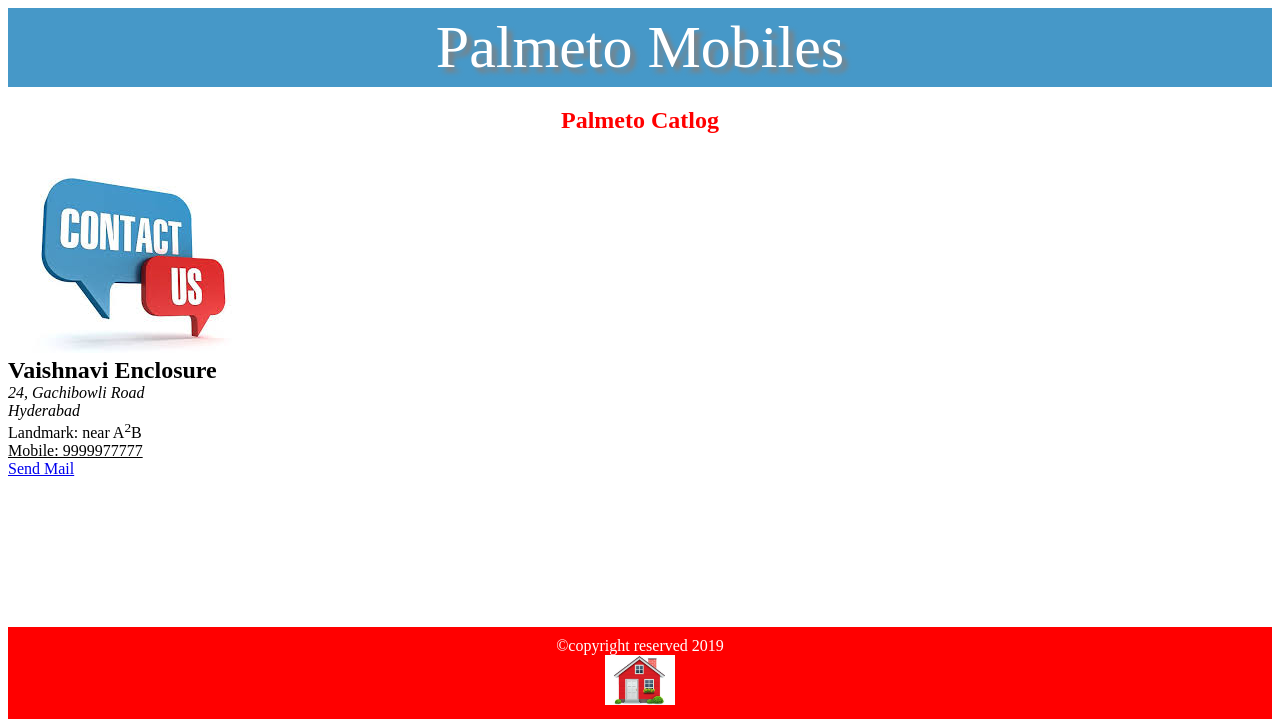
Repository: abhishekj720/HSBCLearn
Page: gagan/JEE/HtmlCssDemo/WebContent/Catlog.html
The author's editor kept a copy of each file at every save. The page is drawn from the files as they stood at one save, then again after the next save.
The browser window is 1280 px wide. The pictures show the whole page.

Above is the page before, as saved 2019-07-29 07:37:18.

After the next save:
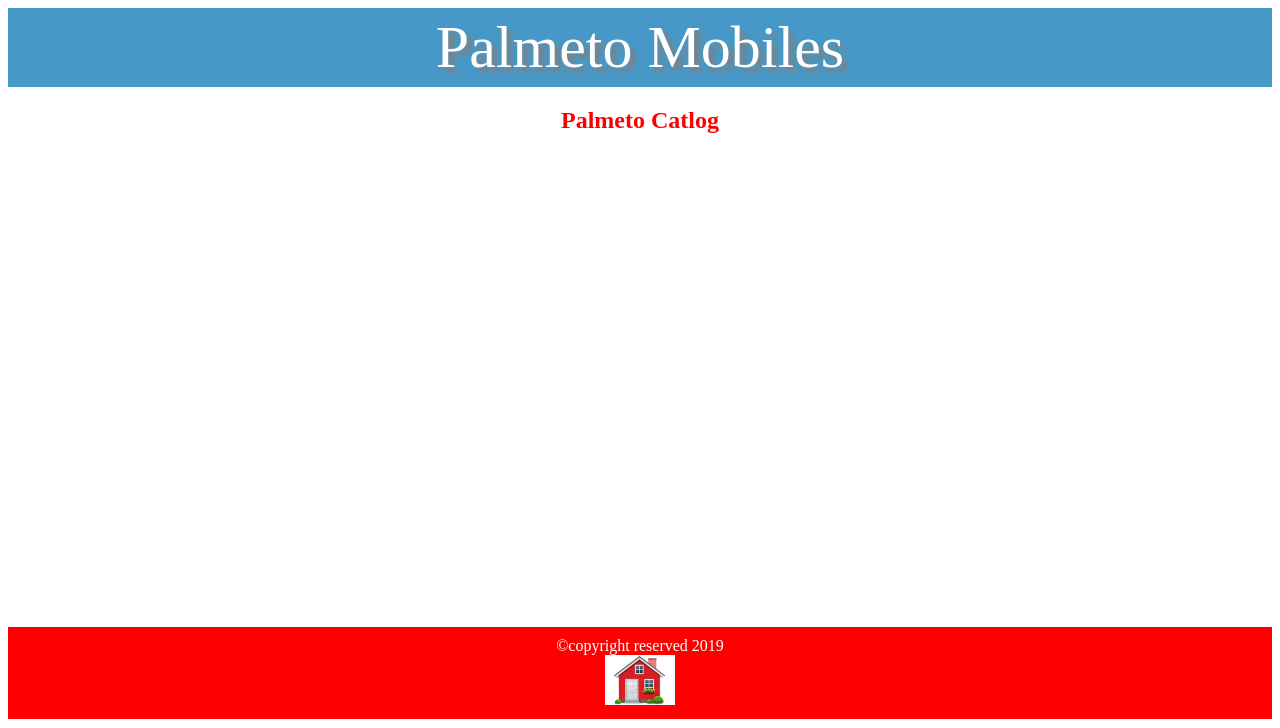
Saved 29 s later.
--- a/gagan/JEE/HtmlCssDemo/WebContent/Catlog.html
+++ b/gagan/JEE/HtmlCssDemo/WebContent/Catlog.html
@@ -16,18 +16,7 @@
 
 <article>
 	<h2>Palmeto Catlog</h2>
-	<div id = "contactdiv">
 
-	<div><img src = "images/contactus.jpg"/></div>
-
-	<div style = "font-weight:bold; font-size:24px"><span>Vaishnavi Enclosure</span></div>
-	<div  style ="font-style:italic"      ><span>24, Gachibowli Road</span></div>
-	<div  style ="font-style:italic"      ><span>Hyderabad</span></div>
-	<div      ><span>Landmark: near A<sup>2</sup>B</span></div>
-	<div     style ="text-decoration:underline"   ><span>Mobile: 9999977777</span></div>
-	<div       ><span><a href="mailto:hr@palmeto.com">Send Mail</a>  </span></div>
-
-	</div>
 
 </article>
 <footer>
